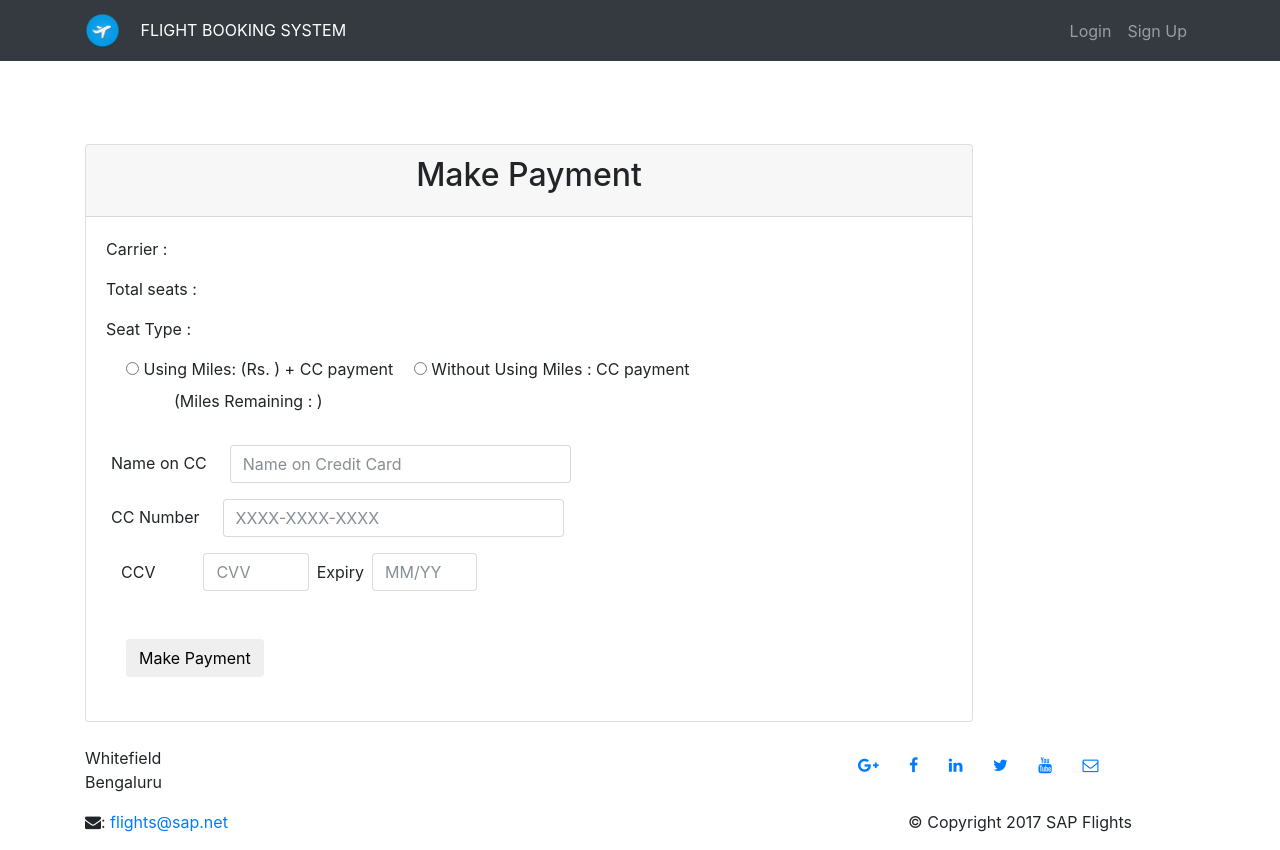
Repository: yashtatia/Spring-Practice
Page: http://localhost/FitnessTracker/WEB-INF/jsp/makePayment.jsp
These files come from the project's save history. The page is drawn as it stood at one moment and after the next save; the edit follows.
The browser window is 1280 px wide. The pictures show the whole page.
Some web libraries are served in a nearby version. The page is served by Tomcat 9. Nobody is signed in. Other server files are loaded and not shown. The template is opened directly, without the code that normally fills it, so the values that code supplies are empty.

Above is the page before, as saved 2017-09-06 08:15:33.
Console error: SyntaxError: Unexpected token ';'

### FitnessTracker/src/main/webapp/WEB-INF/jsp/makePayment.jsp
<%@ taglib prefix="spring" uri="http://www.springframework.org/tags" %>
<%@ taglib prefix="form" uri="http://www.springframework.org/tags/form" %>

<jsp:include page="header.jsp" />
	<br>
	<br>
	<br>
	<br>
	<br>
	<br>
	<div class="container">
		<div class="card" style="max-width: 80%;" >
			<div class="card-header">
				<h2 class="card-title" align="center">Make Payment</h2>
			</div>
			<div class="card-block">
				<div class="card-body">
						<p>Carrier : ${flightSelected.airline}</p>
						<p>Total seats : ${flightSelected.seats}</p>
						<p>Seat Type : ${flightSelected.seat_class}</p>

						<form:form commandName="payment" class="form-horizontal" style=" padding-left: 20px;" method="POST">

							  <label class="radio-inline" >
							    <form:radiobutton path="payment_choice" name="payment_choice" value="1" />
							     Using Miles: ${miles_used} (Rs. ${discount}) + ${fare_with_miles}  CC payment

							  </label>


							  <label class="radio-inline mx-3">
							    <form:radiobutton path="payment_choice" name="payment_choice" value="2" />
							    Without Using Miles : ${fare_without_miles}	CC payment
							  </label>
							  <label class="mx-5">
							  	(Miles Remaining : ${miles_remaining})
							  </label>

							<br />
							<br/>

							<div class="form-group row">
							    <label for="input1" class="col-xs-3 col-form-label mr-2">Name on CC</label>
							    <div class="col-sm-10">
							      <form:input path="cc_name" type="text" name="cc_name" id="cc_name" placeholder="Name on Credit Card" class="form-control" style="max-width: 50%;" />
							    </div>
							</div>
							<div class="form-group row">
							    <label for="input2" class="col-xs-3 col-form-label mr-2">CC Number</label>
							    <div class="col-sm-10">
							      <form:input path="cc_number" type="text" name="cc_number" id="cc_number" placeholder="XXXX-XXXX-XXXX" class="form-control" style="max-width: 50%;" />
							    </div>
							</div>
							<div class="form-row">
									<div class="form-inline">
										<label class="mr-sm-5 mb-0" for="cvv">CCV</label>
											<form:input path="cc_cvv" type="password" name="cc_cvv" id="cc_cvv" placeholder="CVV" class="form-control mr-sm-2 mb-2 mb-sm-0"  style="max-width: 15%" />
									<label class="mr-sm-2 mb-0" for="last_name">Expiry</label>
											<form:input path="cc_expiry"  type="text" class="form-control mr-sm-2 mb-2 mb-sm-0" name="cc_expiry" id="cc_expiry" style="max-width: 15%" placeholder="MM/YY"/>
									</div>
							</div>
							<br />
							<br />

							<form:hidden path="flight_id"  name="flight_id" value="${flightSelected.flight_id}" />
							<form:hidden path="seat_type" name="seat_type" value="${flightSelected.seat_class_abbrev}" />
							<form:hidden path="seats" name="seats" value="${flightSelected.seats}" />
							<form:hidden path="fare_with_miles" name="fare_with_miles" value="${fare_with_miles}" />
							<form:hidden path="fare_without_miles" name="fare_without_miles" value="${fare_without_miles}" />
							<form:hidden path="miles_used" name="miles_used" value="${miles_used}" />
							<form:hidden path="miles_remaining" name="miles_remaining" value="${miles_remaining}" />
							<form:hidden path="miles_earned" name="miles_earned" value="${miles_earned}" />

							<button type="submit" name="" value="Make Payment" class="btn btn-default col-lg-offset-10" >Make Payment</button>
						</form:form>
				</div>

			</div>

			<br />



		</div>
	</div>
	<br/>

<jsp:include page="footer.jsp" />
<script type="text/javascript">
		$( document ).ready(function() {
		    preProcess();
		});

		function preProcess(){
			if($('input[name=payment_choice]:checked').val() == "with_miles"){
				var cc_remaining = ${fare_with_miles};
				if(cc_remaining == 0){
					$("#cc_name").prop("disabled", true);
					$("#cc_number").prop("disabled", true);
					$("#cc_cvv").prop("disabled", true);
					$("#cc_expiry").prop("disabled", true);
				}
			}
		}

		$('input[name=payment_choice]').on('change', function() {
			if($('input[name=payment_choice]:checked').val() == "with_miles"){
				var cc_remaining = ${fare_with_miles};
				if(cc_remaining == 0){
					$("#cc_name").prop("disabled", true);
					$("#cc_number").prop("disabled", true);
					$("#cc_cvv").prop("disabled", true);
					$("#cc_expiry").prop("disabled", true);
				}
			}else{
				$("#cc_name").prop("disabled", false);
				$("#cc_number").prop("disabled", false);
				$("#cc_cvv").prop("disabled", false);
				$("#cc_expiry").prop("disabled", false);
			}
		});
	</script>

### FitnessTracker/src/main/webapp/WEB-INF/jsp/header.jsp
<%@ taglib prefix="c" uri="http://java.sun.com/jsp/jstl/core"%>
<%@ taglib prefix="form" uri="http://www.springframework.org/tags/form" %>
<%@ taglib prefix="spring" uri="http://www.springframework.org/tags" %>
<!DOCTYPE html>
<html>
<head>
	<meta charset="utf-8">
    <meta http-equiv="X-UA-Compatible" content="IE=edge">
    <meta name="viewport" content="width=device-width, initial-scale=1, shrink-to-fit=no">
	<title>Search Flights</title>
	<link rel="stylesheet" href="https://maxcdn.bootstrapcdn.com/bootstrap/4.0.0-beta/css/bootstrap.min.css" integrity="sha384-/Y6pD6FV/Vv2HJnA6t+vslU6fwYXjCFtcEpHbNJ0lyAFsXTsjBbfaDjzALeQsN6M" crossorigin="anonymous">
	<link href="https://maxcdn.bootstrapcdn.com/font-awesome/4.7.0/css/font-awesome.min.css" rel="stylesheet">
	<link rel="stylesheet" type="text/css" href="assets/css/jquery-ui.css">
</head>
<body>

	 <nav class="navbar navbar-expand-md navbar-dark bg-dark fixed-top">
            <div class="container">
                <div class="navbar-header">
	                <span><a class="navbar-brand" href="index.jsp"><img src="assets/img/sap.png" height=35 width=35></a></span>
	                <span style="color: white;">FLIGHT BOOKING SYSTEM</span>
                </div>

                <c:choose>
    				<c:when test="${not logInForm.loggedIn || logInForm == null}">
                       <ul class="navbar-nav bd-navbar-nav" style="cursor: pointer;">
	                        <li class="nav-item"><a class="nav-link" data-toggle="modal" data-target="#loginModal" id="login"><span class="glyphicon glyphicon-log-in"></span> Login</a></li>
	                        <li class="nav-item"><a class="nav-link" href="signUp.html"><span class="glyphicon glyphicon-log-in"></span> Sign Up</a></li>
	                    </ul>
	    			</c:when>
	    			<c:otherwise>
	                    <ul class="navbar-nav bd-navbar-nav" style="cursor: pointer;">
	                        <li class="nav-item dropdown">
	                            <a href="#" class="nav-link dropdown-toggle" data-toggle="dropdown"
	                             role="button" aria-haspopup="true" aria-expanded="false" style="color: white; ">
	                             <i class="fa fa-user-o" aria-hidden="true"></i>  ${userForm.fname} ${userForm.lname} <span class="caret"></span></a>
	                            <ul class="dropdown-menu">
	                                <li><a class="dropdown-item" href="#">Your Miles : ${userForm.air_miles}</a></li>
	                                <li><a class="dropdown-item" href="myBookings.html">MyBookings</a></li>
	                                <li><a class="dropdown-item" href="logout.html">Logout</a></li>
	                            </ul>
	                        </li>
	                    </ul>
	                </c:otherwise>
                </c:choose>


                </div>
        </nav>

    <c:if test="${logInForm.loggedIn == false || logInForm == null}">

	    <div id="loginModal" class="modal fade " role="dialog" aria-labelledby="loginModal" aria-hidden="true">
	        <div class="modal-dialog" style="max-width: 650px !important;">
	        <!-- Modal content-->
	        <div class="modal-content">
	            <div class="modal-header">
	                <h5 class="modal-title" id="exampleModalLabel">Login</h5>
			     	   <button type="button" class="close" data-dismiss="modal" aria-label="Close">
			        	  <span aria-hidden="true">&times;</span>
			       	 </button>
	            </div>
		        <div class="modal-body">
		            <form:form modelAttribute="logInForm" class="form-inline" id="loginForm" action="logIn.html" method="POST">
		                <div class="form-group">
		                    <label class="sr-only" for="InputEmail">Email address</label>
		                    <form:input path="username" type="email" class="form-control" id="Email" placeholder="Email" name="email" />
		                </div>
		                <div class="form-group mx-sm-3">
		                    <label class="sr-only" for="Password">Password</label>
		                    <form:input path="password" type="password" class="form-control" id="Password" placeholder="Password" name="password" />
		                </div>

	            		<div class="form-group mx-sm-3">
	            			<button type="button" class="btn btn-default btn-danger pull-right" data-dismiss="modal">Cancel</button>
		                	<button type="submit" class="btn btn-default btn-info pull-right">Sign in</button>
	            		</div>


	            	</form:form>
				</div>

	        </div>
	        </div>
	    </div>

    </c:if>

### FitnessTracker/src/main/webapp/WEB-INF/jsp/footer.jsp

	<footer class="row-footer">
        <div class="container">
            <div class="row row-content">

                <div class="col-md-8">
                    <address>
		              Whitefield<br>
		              Bengaluru<br>

                    </address>
                </div>
                <div class="col-md-4">
                    <div >
                        <a class="btn btn-social-icon btn-google-plus" href="http://google.com/+"><i class="fa fa-google-plus"></i></a>
                        <a class="btn btn-social-icon btn-facebook" href="http://www.facebook.com/profile.php?id="><i class="fa fa-facebook"></i></a>
                        <a class="btn btn-social-icon btn-linkedin" href="http://www.linkedin.com/in/"><i class="fa fa-linkedin"></i></a>
                        <a class="btn btn-social-icon btn-twitter" href="http://twitter.com/"><i class="fa fa-twitter"></i></a>
                        <a class="btn btn-social-icon btn-youtube" href="http://youtube.com/"><i class="fa fa-youtube"></i></a>
                        <a class="btn btn-social-icon" href="mailto:"><i class="fa fa-envelope-o"></i></a>
                    </div>
                </div>
             </div>
             <div class="row row-content">
                <div class="col-md-8">
		              <i class="fa fa-envelope"></i>:
                         <a href="mailto:flights@sap.net">
                         flights@sap.net</a>
                </div>
                <div class="col-md-4">
                    <p align=center> &copy; Copyright 2017 SAP Flights</p>
                </div>
             </div>
        </div>
    </footer>




<script src="https://code.jquery.com/jquery-3.2.1.slim.min.js" integrity="sha384-KJ3o2DKtIkvYIK3UENzmM7KCkRr/rE9/Qpg6aAZGJwFDMVNA/GpGFF93hXpG5KkN" crossorigin="anonymous"></script>
<script type="text/javascript" src="http://code.jquery.com/jquery-3.2.1.min.js"></script>
<script type="text/javascript" src="assets/js/jquery-ui.min.js"></script>
<script src="https://cdnjs.cloudflare.com/ajax/libs/popper.js/1.11.0/umd/popper.min.js" integrity="sha384-b/U6ypiBEHpOf/4+1nzFpr53nxSS+GLCkfwBdFNTxtclqqenISfwAzpKaMNFNmj4" crossorigin="anonymous"></script>
<script src="https://maxcdn.bootstrapcdn.com/bootstrap/4.0.0-beta/js/bootstrap.min.js" integrity="sha384-h0AbiXch4ZDo7tp9hKZ4TsHbi047NrKGLO3SEJAg45jXxnGIfYzk4Si90RDIqNm1" crossorigin="anonymous"></script>

<script>
        $().button('toggle');
        $(document).ready(function(){
            $("#login").click(function(){
                console.log("yo!");
                $("#loginModal").modal();
            });
        });

        $(document).ready(function(){
            $("#table").click(function(){
                $("#tableModal").modal();
            });
        });
</script>
</body>
</html>

Loaded but not shown: FitnessTracker/src/main/webapp/assets/css/jquery-ui.css (library); FitnessTracker/src/main/webapp/assets/js/jquery-ui.min.js (library)

After the next save:
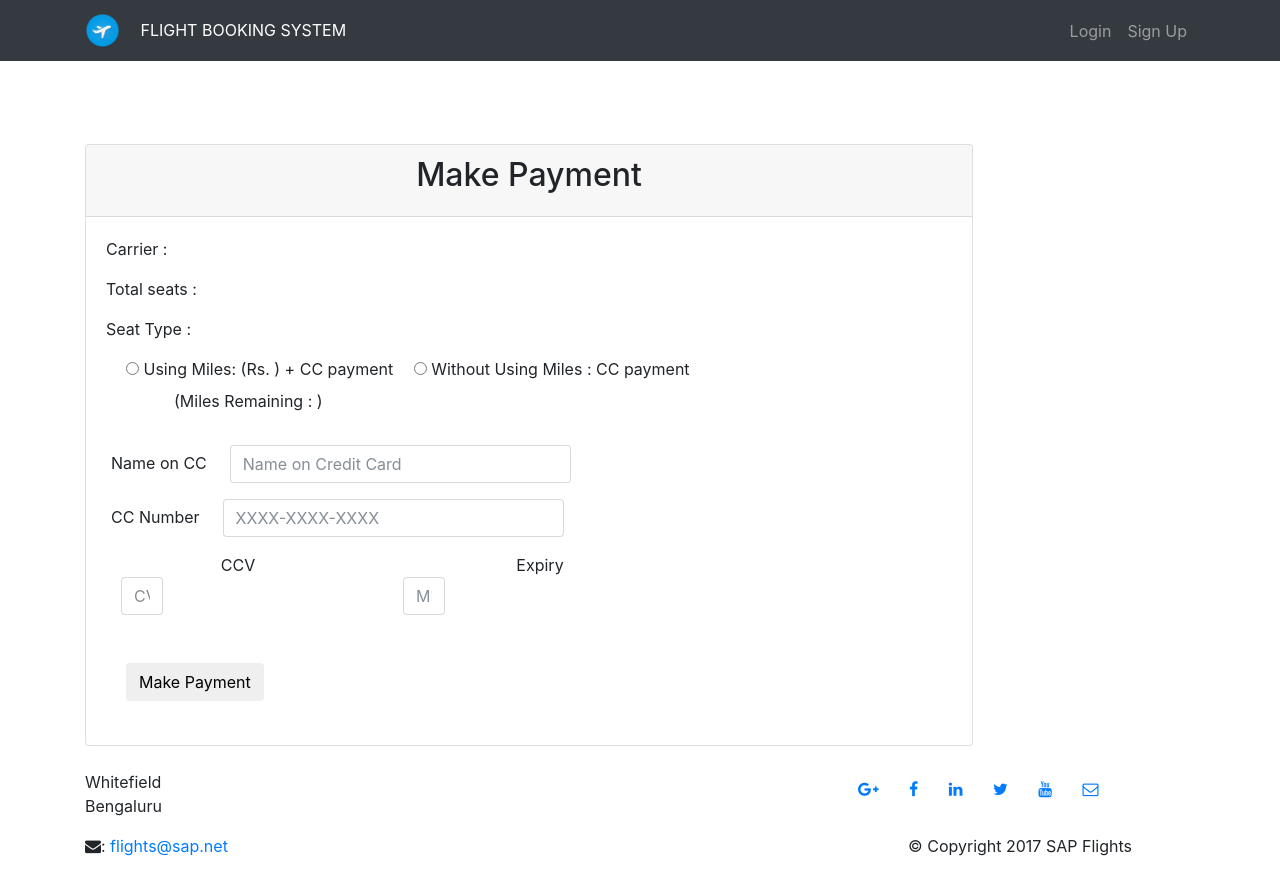
Saved 3 min 42 s later.
--- a/FitnessTracker/src/main/webapp/WEB-INF/jsp/makePayment.jsp
+++ b/FitnessTracker/src/main/webapp/WEB-INF/jsp/makePayment.jsp
@@ -53,10 +53,15 @@
 							</div>
 							<div class="form-row">
 									<div class="form-inline">
-										<label class="mr-sm-5 mb-0" for="cvv">CCV</label>
+										<div>
+											<label class="mr-sm-5 mb-0" for="cvv">CCV</label>
 											<form:input path="cc_cvv" type="password" name="cc_cvv" id="cc_cvv" placeholder="CVV" class="form-control mr-sm-2 mb-2 mb-sm-0"  style="max-width: 15%" />
-									<label class="mr-sm-2 mb-0" for="last_name">Expiry</label>
+										</div>
+										<div>
+											<label class="mr-sm-2 mb-0" for="last_name">Expiry</label>
 											<form:input path="cc_expiry"  type="text" class="form-control mr-sm-2 mb-2 mb-sm-0" name="cc_expiry" id="cc_expiry" style="max-width: 15%" placeholder="MM/YY"/>
+										</div>
+
 									</div>
 							</div>
 							<br />
